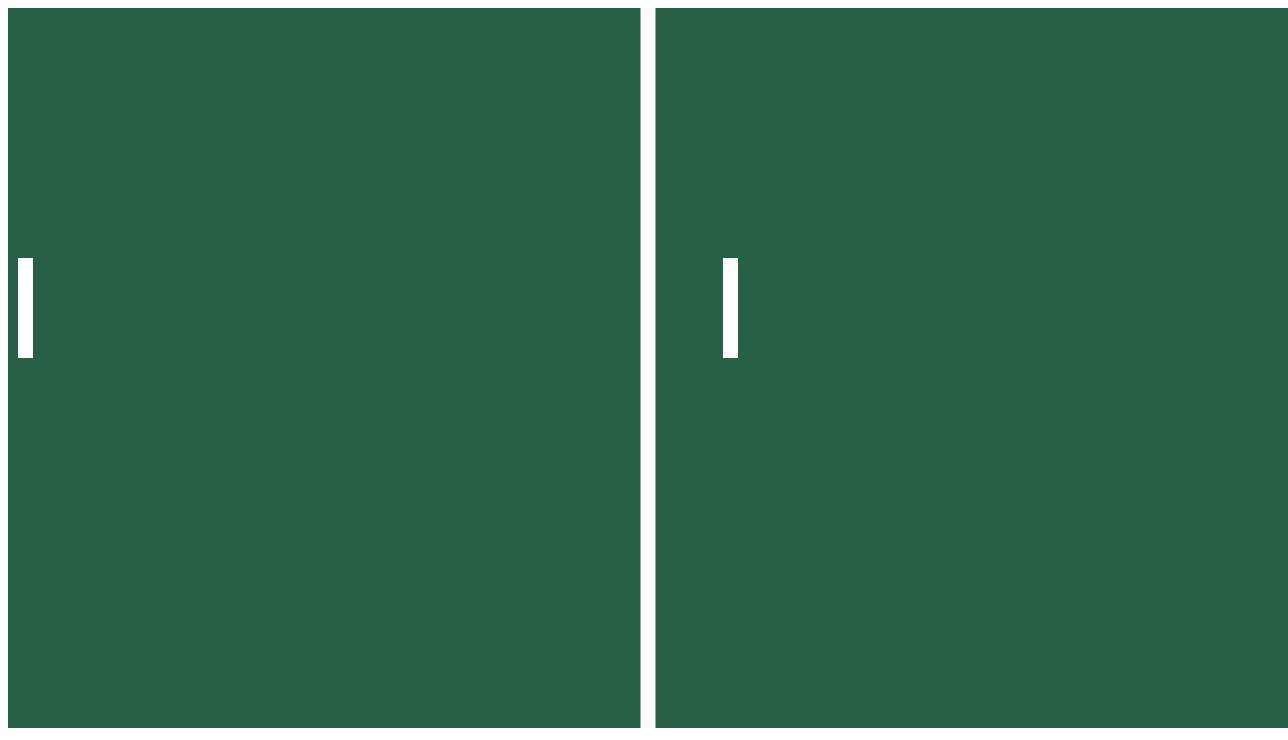
Repository: luizgaivaa/Game
Page: index.html
An editor plug-in stored every save of this project. The page is shown before and after a run of saves, followed by the edit.
The browser window is 1280 px wide. The page is 1288 px wide, so the pictures cover 1288 px, including what lies to the right of the window. The pictures show the whole page.

Above is the page before, as saved 2024-03-26 16:09:14.

### index.html
<!DOCTYPE html>
<html lang="en">
<head>
    <meta charset="UTF-8">
    <meta name="viewport" content="width=device-width, initial-scale=1.0">
    <title>Ping_pong</title>
</head>
<body>
    <canvas></canvas>
        <script>
               const canvasEl = document.querySelector("canvas")
        const canvasCtx = canvasEl.getContext("2d")

        const lineWidth = 15
        function setup(){
            canvasEl.width = canvasCtx.width = window.innerWidth
            canvasEl.height = canvasCtx.height = window.innerHeight
        }

        function draw (){
            canvasCtx.fillStyle = "#286047"
            canvasCtx.fillRect(0,0, window.innerWidth, window.innerHeight)

            canvasCtx.fillStyle = "#ffffff"
            const x= window.innerWidth /2 - lineWidth /2
            const y = 0
            const w = lineWidth
            const h = window.innerHeight

            canvasCtx.fillRect(x,y,w,h)
            //raquete esquerda
            canvasCtx.fillRect(10,250,lineWidth,100)

            //raquete direita
            canvasCtx.fillRect(window.innerHeight - lineWidth + 10, 250, lineWidth, 100)


        }
        setup()
        draw()
        </script>


</body>
</html>

After the next 2 saves:
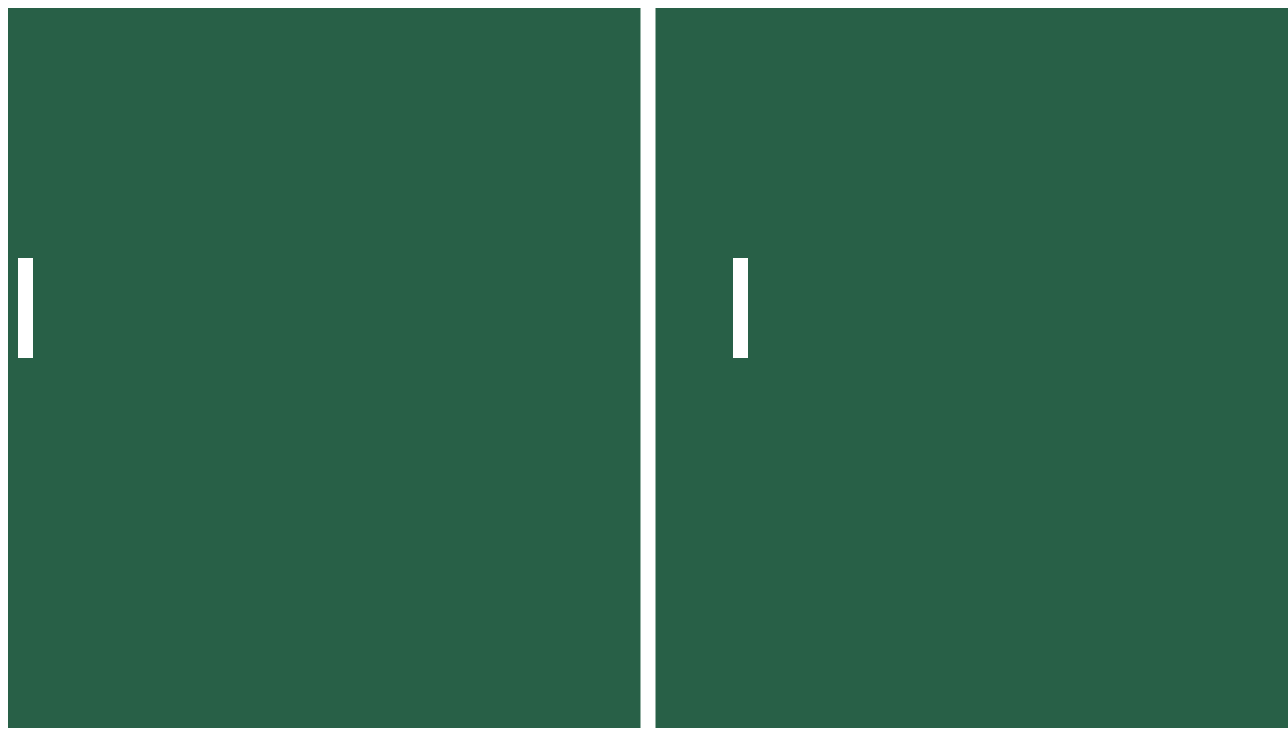
The 2 saves are shown as one change because they came seconds apart.
The last was saved 6 s later.
--- a/index.html
+++ b/index.html
@@ -32,7 +32,7 @@
             canvasCtx.fillRect(10,250,lineWidth,100)
 
             //raquete direita
-            canvasCtx.fillRect(window.innerHeight - lineWidth + 10, 250, lineWidth, 100)
+            canvasCtx.fillRect(window.innerHeight + lineWidth - 10, 250, lineWidth, 100)
 
 
         }

After the 2 saves that followed:
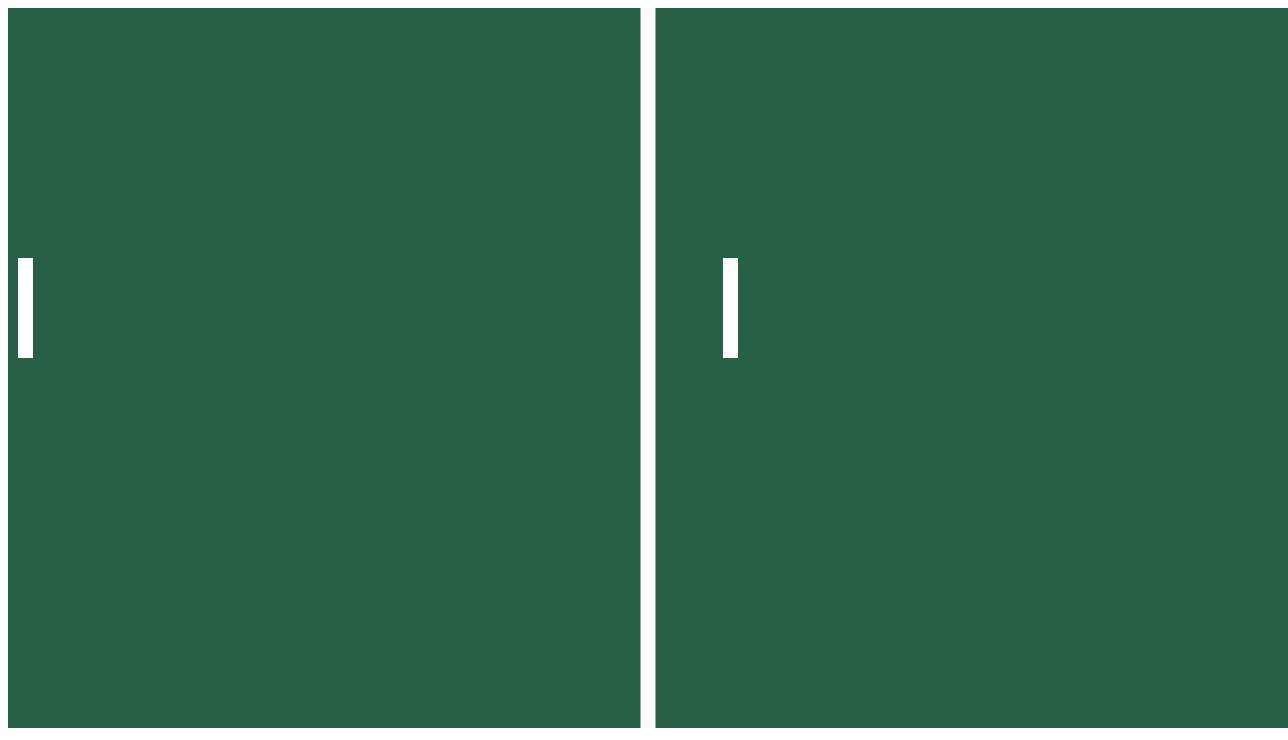
The 2 saves are shown as one change because they came seconds apart.
The last was saved 6 s later.
--- a/index.html
+++ b/index.html
@@ -32,7 +32,7 @@
             canvasCtx.fillRect(10,250,lineWidth,100)
 
             //raquete direita
-            canvasCtx.fillRect(window.innerHeight + lineWidth - 10, 250, lineWidth, 100)
+            canvasCtx.fillRect(window.innerHeight - lineWidth + 10, 250, lineWidth, 100)
 
 
         }
